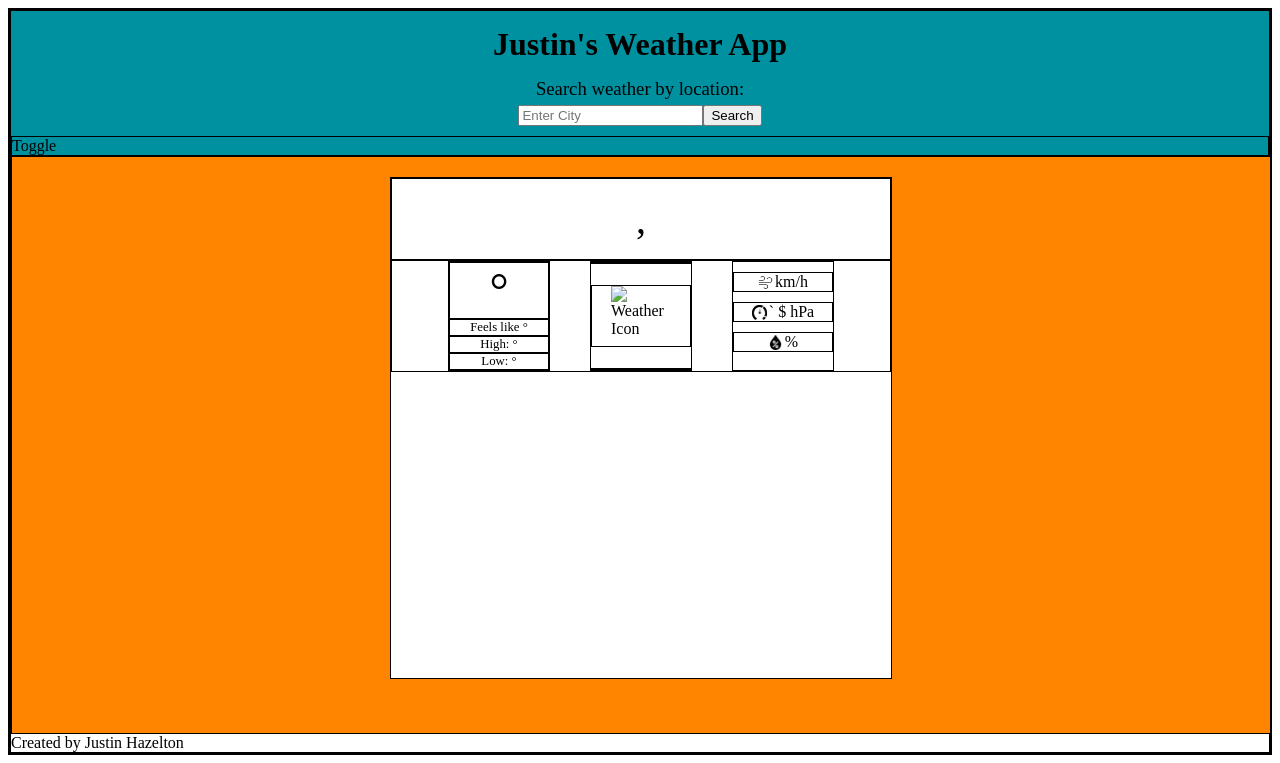
Repository: J-Haze/Weather
Page: /
The author's editor kept a copy of each file at every save. The page is drawn from the files as they stood at one save, then again after a run of saves.
The browser window is 1280 px wide. The pictures show the whole page.
The project was rebuilt for these pictures with package versions that can differ from the ones it lists, and the page was loaded fresh each time. Also part of the build but not shown: src/index.css.

Above is the page before, as saved 2020-09-06 21:59:13.

### public/index.html
<!DOCTYPE html>
<html lang="en">
  <head>
    <meta charset="utf-8" />
    <link rel="icon" href="%PUBLIC_URL%/favicon.ico" />
    <meta name="viewport" content="width=device-width, initial-scale=1" />
    <meta name="theme-color" content="#000000" />
    <meta
      name="description"
      content="Web site created using create-react-app"
    />
    <link rel="apple-touch-icon" href="%PUBLIC_URL%/logo192.png" />
    <!--
      manifest.json provides metadata used when your web app is installed on a
      user's mobile device or desktop. See https://developers.google.com/web/fundamentals/web-app-manifest/
    -->
    <link rel="manifest" href="%PUBLIC_URL%/manifest.json" />
    <!--
      Notice the use of %PUBLIC_URL% in the tags above.
      It will be replaced with the URL of the `public` folder during the build.
      Only files inside the `public` folder can be referenced from the HTML.

      Unlike "/favicon.ico" or "favicon.ico", "%PUBLIC_URL%/favicon.ico" will
      work correctly both with client-side routing and a non-root public URL.
      Learn how to configure a non-root public URL by running `npm run build`.
    -->
    <title>Weather App ⛅</title>
  </head>
  <body>
    <noscript>You need to enable JavaScript to run this app.</noscript>
    <div id="root"></div>
    <!--
      This HTML file is a template.
      If you open it directly in the browser, you will see an empty page.

      You can add webfonts, meta tags, or analytics to this file.
      The build step will place the bundled scripts into the <body> tag.

      To begin the development, run `npm start` or `yarn start`.
      To create a production bundle, use `npm run build` or `yarn build`.
    -->
  </body>
</html>

### src/App.js
import React from "react";
import "./App.css";
import Weather from "./components/Weather"


// import Results from "./components/Results"

function App() {
  return (
    <div className="App" >
      <Weather />
    </div >
  )

}

export default App;

### src/App.css
:root{
    --light-blue: rgb(0,145,160);
    --orange: rgb(255, 133, 0);
    --dark-blue: rgb(0, 39, 96);
}

div {
    border: solid black 1px;
}

/* #root{
        width: 100%;
        height: 100%;
        bottom: 0px;
}

#app{
        width: 100%;
        height: 100%;
        bottom: 0px;
} */

header{
    background-color: var(--light-blue);
    display: flex;
    flex-direction: column;
    margin-left: auto;
    margin-right: auto;
    justify-content: center;
}

#title{
    display: flex;
    margin-left: auto;
    margin-right: auto;
    justify-content: center;
    /* align-items: center; */
    font-size: 2em;
    margin-top: 15px;
    margin-bottom: 15px;
    font-weight: bold;

    border: none;
}

#subtitle{
    display: flex;
    justify-content: center;
     align-items: center;
     margin-top: none;
     margin-bottom: 5px;;
    font-size: 1.17em;

    border: none;
}

#form{
    display: flex;
    margin-bottom: 10px;
}

#search-box{
    display: flex;
        margin-left: auto;
    justify-content: center;
     align-items: center;

}

#search-button{
    margin-right: auto;

      position: relative;
  /* width: 30px; */
  /* height: 30px;
  line-height: 30px; */
  color: black;
  /* flex-shrink: 0; */
}

#fa-search-location{
    display: flex;
    height: 100%;
    width: 100%;
    color: black;
}

#results-section{
    background-color: var(--orange);
    width: 100%;
    margin-top: 0px;
    height: 100%;
    min-height: 80vh;
}



#results-card{
    background-color: white;
    width: 500px;
    height: 500px;
    margin-top: 20px;
    margin-left: auto;
    margin-right: auto;
}

.location{
    display: flex;
    margin-left: auto;
    margin-right: auto;
    justify-content: center;
     align-items: center;
     height: 80px;
     font-size: 2.5em;
}

.row{
    display: flex;
}

.temp-container{
    margin-left: auto;
    width: 100px;
}

.weather-container{
    display: flex;
    flex-direction: column;
    margin-left: 40px;
    margin-right: 40px;
    width: 100px;
}

.other-container{
    margin-right: auto;
    width: 100px;
}

.temp-main{
    display: flex;
    font-size: 3em;
    justify-content: center;
    align-items: center;
}

.temp{
        display: flex;
    font-size: .8em;
    justify-content: center;
    align-items: center;
}

.mid{
    display: flex;
    justify-content: center;
    align-items: center;
}

.weather{
    margin-top: 0px;
    margin-bottom: auto;
    font-weight: bold;
    font-size: 1.2em;
}

.icon{
    height: 60px;
    width: 60px;
    margin-top: auto;
    margin-bottom: auto;
}

.description{
    margin-top: auto;
    margin-bottom: 0px;
}

.windy{
    height: 15px;
    width: 15px;
    margin-right: 2px;
}

.other{
    display: flex;
    justify-content: center;
    align-items: center;
    margin-top: 10px;
    margin-bottom: auto;
}

### src/components/Weather.js
import React from 'react';
// import getWeather from "./getWeather";
import { useState, useEffect } from 'react';
import "../App.css";
// import { getIconClass, makeDate } from '../Helpers';
import '../../node_modules/font-awesome/css/font-awesome.min.css';


//Weather Icons
import sun from '../assets/icons/01n.png'
import cloud from '../assets/icons/02n.png'
import scatteredCloud from '../assets/icons/03n.png'
import brokenCloud from '../assets/icons/04n.png'
import rain from '../assets/icons/09n.png'
import heavyRain from '../assets/icons/10n.png'
import thunderstorm from '../assets/icons/11n.png'
import snow from '../assets/icons/13n.png'
import mist from '../assets/icons/50n.png'
import windy from '../assets/icons/wind.png'
import pressIcon from '../assets/icons/pressure.png'
import humidIcon from '../assets/icons/humidity.png'


const Weather = () => {

    let [error, setError] = useState(false);
    let [loading, setLoading] = useState(false);
    let [errorMessage, setErrorMessage] = useState("");

    let [location, setLocation] = useState("");
    const [data, setData] = useState(null);
    const [url, setUrl] = useState("")

    const [city, setCity] = useState("");
    const [country, setCountry] = useState("");
    const [weather, setWeather] = useState("");
    const [description, setDescription] = useState("");
    const [icon, setIcon] = useState("");
    const [pressure, setPressure] = useState("");
    const [humidity, setHumidity] = useState("");
    const [wind, setWind] = useState("");

    const [temp, setTemp] = useState("");
    const [max, setMax] = useState("");
    const [min, setMin] = useState("");
    const [feel, setFeel] = useState("");

    // const [searched, setSearched] = useState("false")

    //to keep API hidden:
    //const API_KEY = process.env.REACT_APP_API_KEY;
    const API_KEY = process.env.REACT_APP_API_KEY;


    const handleChange = (event) => {
        event.preventDefault();
        setLocation(event.target.value);
        console.log("event.target.value:", event.target.value)
    };

    const handleSubmit = (event) => {
        event.preventDefault();
        let urlInput = `https://api.openweathermap.org/data/2.5/weather?q=${location}&appid=${API_KEY}`
        setUrl(urlInput)
    };

    useEffect(() => {
        if (!url) return;
        console.log("url:", url)
        const fetchWeather = async () => {
            setLoading(true);
            setError(false);
            try {
                const response = await fetch(url);
                const data = await response.json();
                console.log()
                if (data.cod !== 200) throw new Error(`${data.cod}: ${data.message}`);
                setData(data);
                setCity(data.name);
                setCountry(data.sys.country)
                // date: makeDate(),
                setWeather(data.weather[0].main);
                setDescription(data.weather[0].description);
                setIcon(data.weather[0].icon)
                //^^ get picture based on what the icon is
                setPressure(data.main.pressure);
                setHumidity(data.main.humidity);
                setWind(data.wind.speed);
                setTemp(Math.round(data.main.temp));
                setMax(Math.round(data.main['temp_max']));
                setMin(Math.round(data.main['temp_min']));
                setFeel(Math.round(data.main['feels_like']));
            } catch (error) {
                setError(true);
                setErrorMessage(error.message);
                console.log(error);
            }
        };
        setLoading(false);
        fetchWeather();
    },
        [url]
    );

    const weatherIcons = {
        '01n': sun,
        '02n': cloud,
        '03n': scatteredCloud,
        '04n': brokenCloud,
        '09n': rain,
        '10n': heavyRain,
        '11n': thunderstorm,
        '13n': snow,
        '50n': mist,
        '200': windy,
        '300': pressIcon,
        '400': humidIcon
    };

    console.log(Math.round(295.28))
    // function toCelsius(fahrenheit) {
    //     return (fahrenheit - 32) * 5 / 9;
    // }

    // function toFahrenheit(celsius) {
    //     return (celsius * 9 / 5) + 32;
    // }


    console.log(error, loading, errorMessage, data)

    return (
        <div id="app">
            <header id="header">
                <div id="title" >Justin's Weather App</div>
                <div id="subtitle"> Search weather by location:</div>
                <form onSubmit={handleSubmit} id="form">
                    <input
                        type="text"
                        name="location"
                        placeholder="Enter City"
                        maxLength="50"
                        value={location || ""}
                        onChange={handleChange}
                        id="search-box"
                    />
                    <button type="submit" id="search-button">
                        <i className="fas fa-search-location"></i>
                        Search
                    </button>
                </form>
                <div> Toggle </div>
            </header>
            <div id="results-section">
                <div id="results-card">
                    <div className="location">
                        {`${city}, ${country}`}
                    </div>

                    <div className="row">
                        <div className="temp-container">
                            <div className="temp-main">{temp}&#176;</div>
                            <div className="feel temp">Feels like {feel}&#176; </div>
                            <div className="max temp">High: {max}&#176; </div>
                            <div className="min temp">Low: {min}&#176; </div>

                        </div>

                        <div className="weather-container">
                            <div className="weather mid">{weather} </div>
                            <div className="mid"><img src={weatherIcons[icon]} className="icon" alt="Weather Icon" /></div>
                            <div className="description mid">{description}</div>
                        </div>

                        <div className="other-container">
                            <div className="wind other"><img src={weatherIcons['200']} className="windy" alt="Wind Icon" />{wind} km/h</div>
                            <div className="pressure other">
                                <img src={weatherIcons['300']} className="windy" alt="Wind Icon" /> {'  '}  ` ${pressure} hPa
                            </div>
                            <div className="humidity other">
                                <img src={weatherIcons['400']} className="windy" alt="Wind Icon" /> {humidity} %</div>
                        </div>
                    </div>
                </div>
            </div>
            <footer>
                Created by Justin Hazelton
            </footer>
        </div>
    )

}

export default Weather

Loaded but not shown: src/index.js (common file); src/serviceWorker.js (common file)

After the next 3 saves:
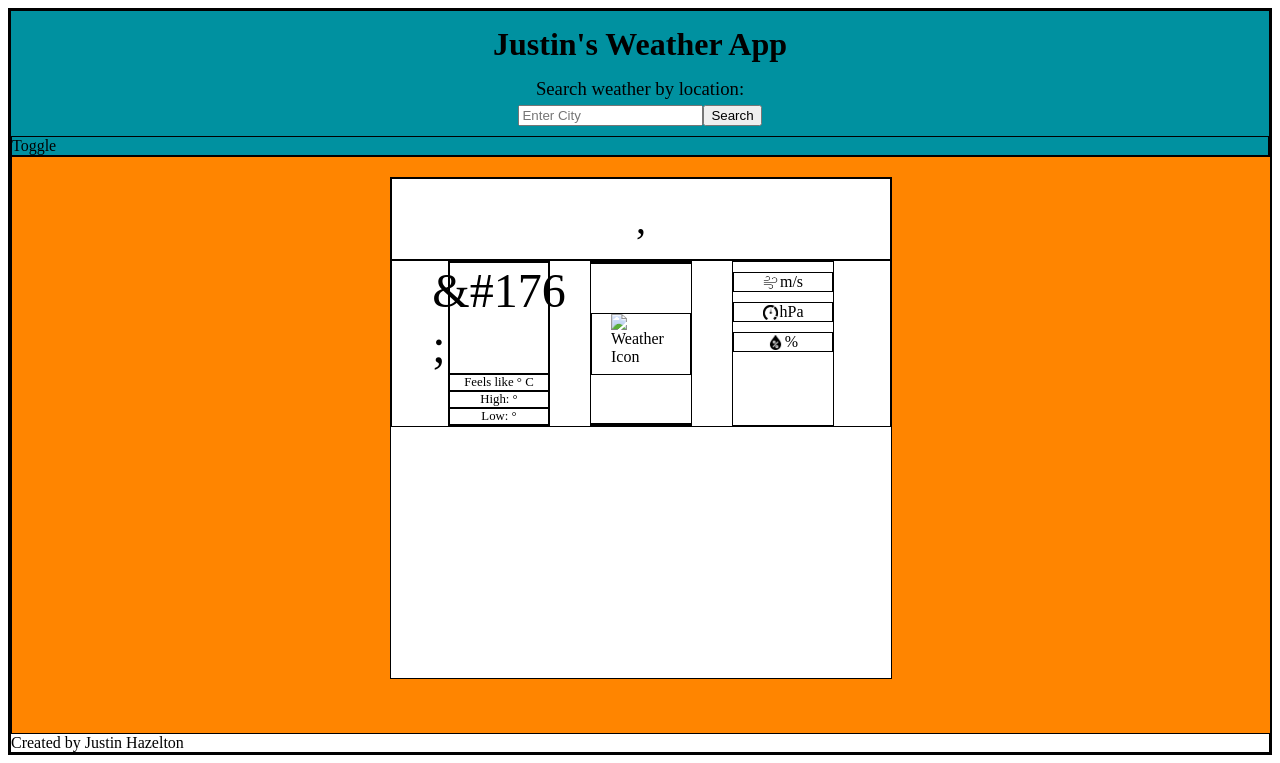
The 3 saves are shown as one change because 2 did not build or start.
The last was saved 15 min 11 s later.
--- a/src/components/Weather.js
+++ b/src/components/Weather.js
@@ -45,12 +45,15 @@ const Weather = () => {
     const [min, setMin] = useState("");
     const [feel, setFeel] = useState("");
 
+    // const[unit, setUnit] = useState("imperial")
+
     // const [searched, setSearched] = useState("false")
 
     //to keep API hidden:
     //const API_KEY = process.env.REACT_APP_API_KEY;
     const API_KEY = process.env.REACT_APP_API_KEY;
-
+    // let unit = "imperial";
+    let unit = "metric";
 
     const handleChange = (event) => {
         event.preventDefault();
@@ -60,7 +63,7 @@ const Weather = () => {
 
     const handleSubmit = (event) => {
         event.preventDefault();
-        let urlInput = `https://api.openweathermap.org/data/2.5/weather?q=${location}&appid=${API_KEY}`
+        let urlInput = `https://api.openweathermap.org/data/2.5/weather?q=${location}&units=${unit}&appid=${API_KEY}`
         setUrl(urlInput)
     };
 
@@ -85,7 +88,7 @@ const Weather = () => {
                 //^^ get picture based on what the icon is
                 setPressure(data.main.pressure);
                 setHumidity(data.main.humidity);
-                setWind(data.wind.speed);
+                setWind(Math.round(data.wind.speed));
                 setTemp(Math.round(data.main.temp));
                 setMax(Math.round(data.main['temp_max']));
                 setMin(Math.round(data.main['temp_min']));
@@ -159,8 +162,8 @@ const Weather = () => {
 
                     <div className="row">
                         <div className="temp-container">
-                            <div className="temp-main">{temp}&#176;</div>
-                            <div className="feel temp">Feels like {feel}&#176; </div>
+                            <div className="temp-main">{temp}&#176 ;</div>
+                            <div className="feel temp">Feels like {feel}&#176; {unit == "imperial" ? 'F' : 'C'}</div>
                             <div className="max temp">High: {max}&#176; </div>
                             <div className="min temp">Low: {min}&#176; </div>
 
@@ -173,9 +176,9 @@ const Weather = () => {
                         </div>
 
                         <div className="other-container">
-                            <div className="wind other"><img src={weatherIcons['200']} className="windy" alt="Wind Icon" />{wind} km/h</div>
+                            <div className="wind other"><img src={weatherIcons['200']} className="windy" alt="Wind Icon" />{wind} {unit == "imperial" ? 'mph' : 'm/s'}</div>
                             <div className="pressure other">
-                                <img src={weatherIcons['300']} className="windy" alt="Wind Icon" /> {'  '}  ` ${pressure} hPa
+                                <img src={weatherIcons['300']} className="windy" alt="Wind Icon" /> {`${pressure} hPa`}
                             </div>
                             <div className="humidity other">
                                 <img src={weatherIcons['400']} className="windy" alt="Wind Icon" /> {humidity} %</div>
